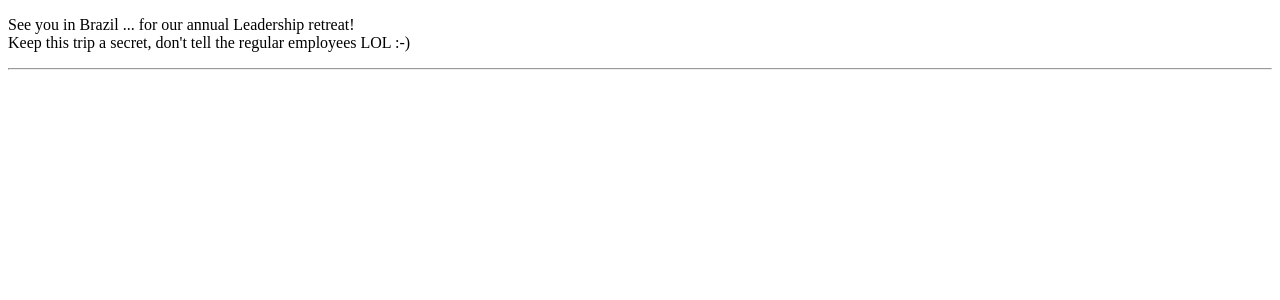
Repository: Vaishnavi-k-l/Springboot-Projects
Page: http://localhost/leaders
These files come from the project's save history. The page is drawn as it stood at one moment and after the next save; the edit follows.
The browser window is 1280 px wide. The pictures show the whole page.
The page is this project's Thymeleaf template; nobody is signed in. The template is opened directly, without the code that normally fills it, so the values that code supplies are empty.

Above is the page before, as saved 2019-11-15 11:47:16.

### spring-security-with-jdbc/src/main/resources/templates/leaders.html
<!DOCTYPE html>
<html>
<head>
<meta charset="ISO-8859-1">
<title>Leaders</title>
</head>

<body>
	<p>
	See you in Brazil ... for our annual Leadership retreat!
	<br>
	Keep this trip a secret, don't tell the regular employees LOL :-)
</p>

<hr>
</body>
</html>

After the next save:
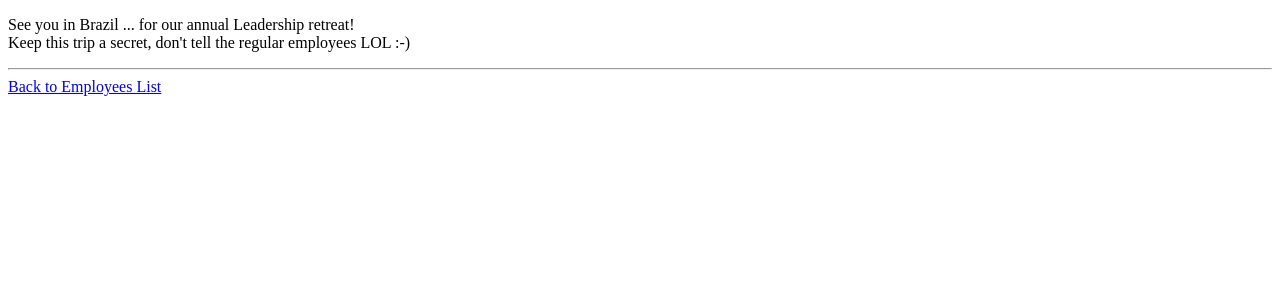
Saved 39 s later.
--- a/spring-security-with-jdbc/src/main/resources/templates/leaders.html
+++ b/spring-security-with-jdbc/src/main/resources/templates/leaders.html
@@ -13,5 +13,7 @@
 </p>
 
 <hr>
+
+<a th:href="@{/}">Back to Employees List</a>
 </body>
 </html>
